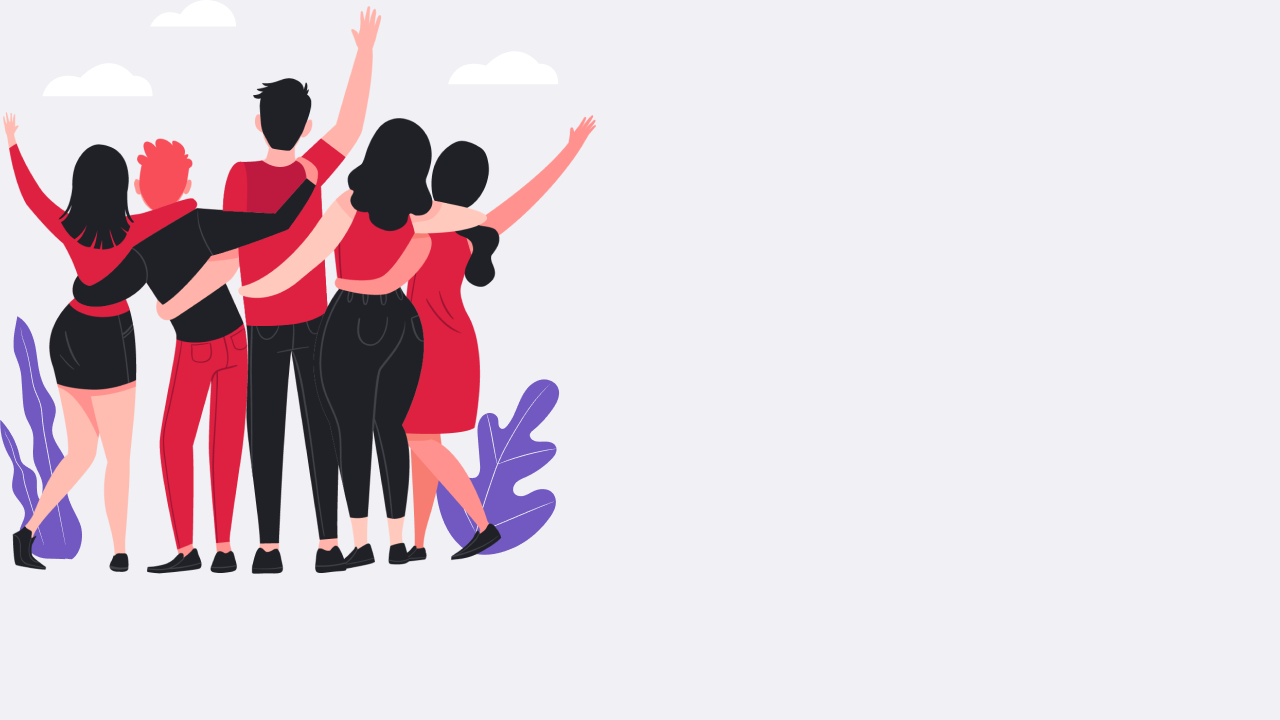
Repository: pedroevangelista/be-the-hero
Page: / (app in frontend/)
An editor plug-in stored every save of this project. The page is shown before and after the next save, followed by the edit.
The browser window is 1280 px wide. The pictures show the whole page.
The project was rebuilt for these pictures with package versions that can differ from the ones it lists, and the page was loaded fresh each time.

Above is the page before, as saved 2020-03-25 12:08:04.

### frontend/src/App.js
import React from 'react';
import './global.css'
import Logon from './pages/Logon';

function App() {

  return (
    <Logon />
  );
}

export default App;

### frontend/src/global.css
@import url('https://fonts.googleapis.com/css?family=Roboto:400,500,700&display=swap');

* {
    margin: 0;
    padding: 0;
    outline: 0;
    box-sizing: border-box;
}

body {
    font: 400 14px Roboto, sans-serif;
    background: #f0f0f5;
    -webkit-font-smoothing: antialiased;
}

input, button, textarea {
    font: 400 18px Roboto, sans-serif;
}

button {
    cursor: pointer
}

### frontend/src/pages/Logon/index.js
import React from 'react';
import './styles.css';
import logoImg from '../../assets/logo.svg';
import heroesImg from '../../assets/heroes.png';

export default function Logon() {

    return (
        <div className="logon-container">
            <section className="form"></section>

            <img src={heroesImg} alt="heroes"></img>
        </div>
    );

}

### frontend/src/pages/Logon/styles.css
h1 {
    color: #7159c1
}

Loaded but not shown: frontend/public/index.html (common file); frontend/src/index.js (common file)

After the next save:
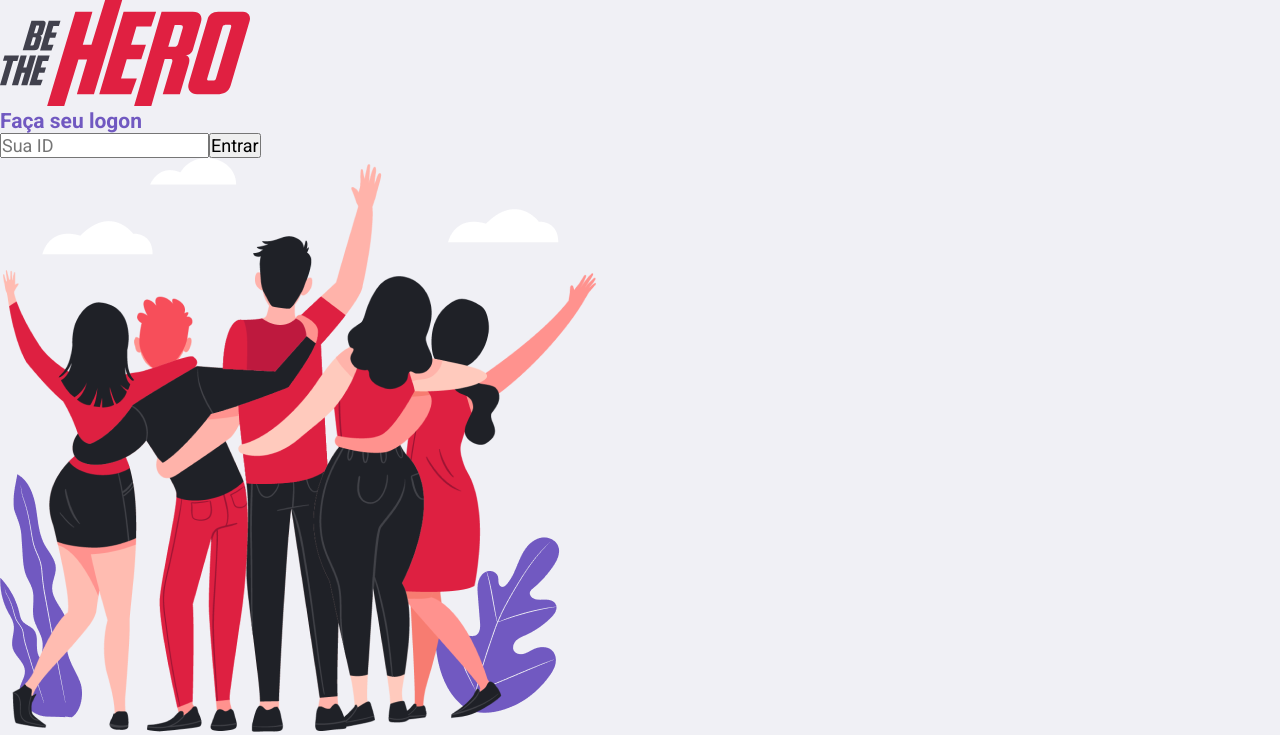
Saved 107 s later.
--- a/frontend/src/pages/Logon/index.js
+++ b/frontend/src/pages/Logon/index.js
@@ -7,9 +7,18 @@ export default function Logon() {
 
     return (
         <div className="logon-container">
-            <section className="form"></section>
+            <section className="form">
+                <img src={logoImg} alt="Be The Hero"></img>
 
-            <img src={heroesImg} alt="heroes"></img>
+                <form>
+                    <h1>Faça seu logon</h1>
+
+                    <input placeholder="Sua ID" />
+                    <button type="submit">Entrar</button>
+                </form>
+            </section>
+
+            <img src={heroesImg} alt="Heroes"></img>
         </div>
     );
 
